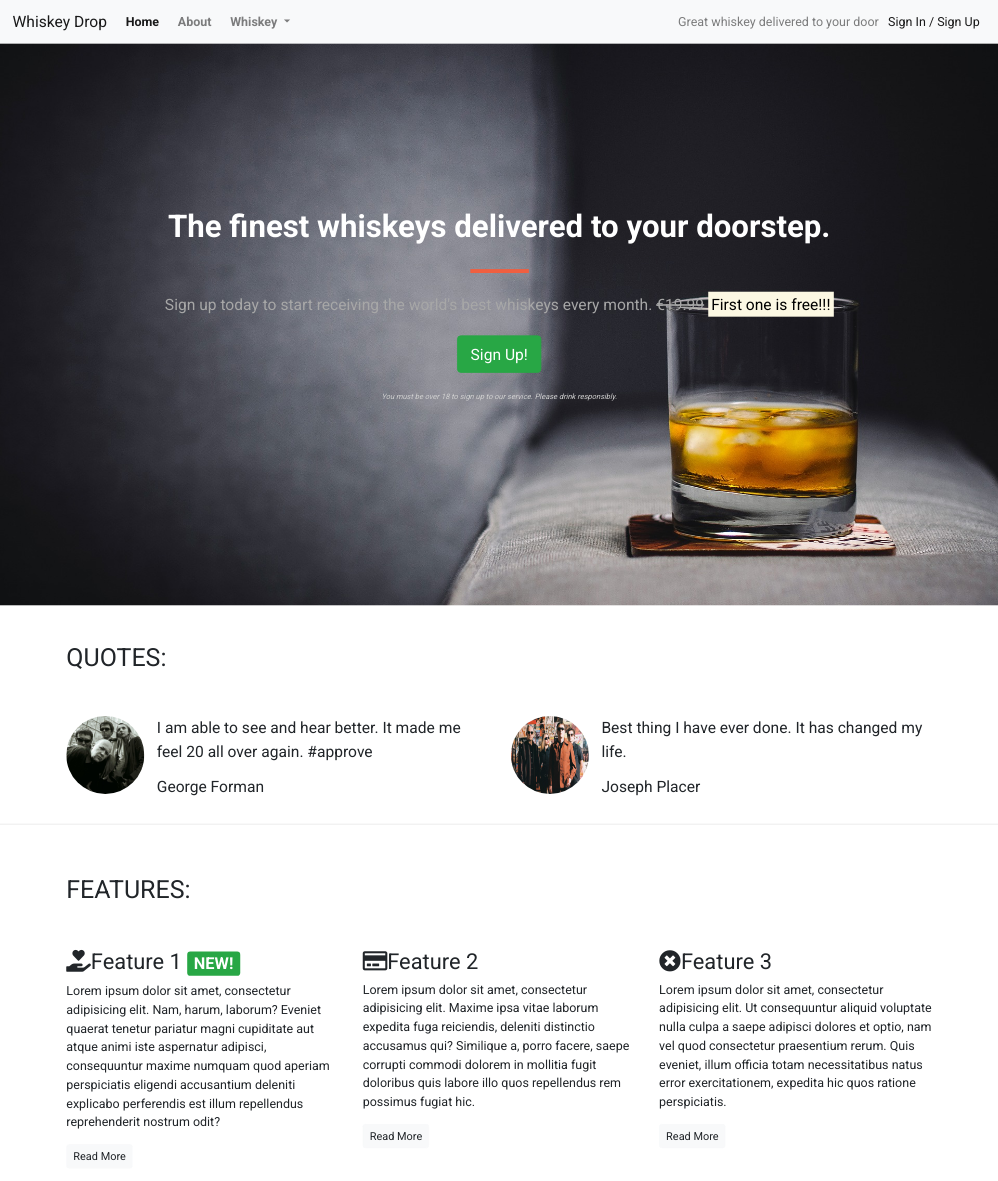
Repository: NamcorStudent/Dropdown-css
Page: bootstrap-whiskey/bootstrap.html
The author's editor kept a record of every edit. The page is drawn from the files as they stood at one moment, then again after the next edit.
The browser window is 1280 px wide. The pictures show the whole page, at 78% of full size.
Backgrounds fixed to the window are drawn as part of the page. Some web libraries are served in a nearby version.

Above is the page before.
Console error: TypeError: Cannot read properties of undefined (reading 'fn')

After the next edit:
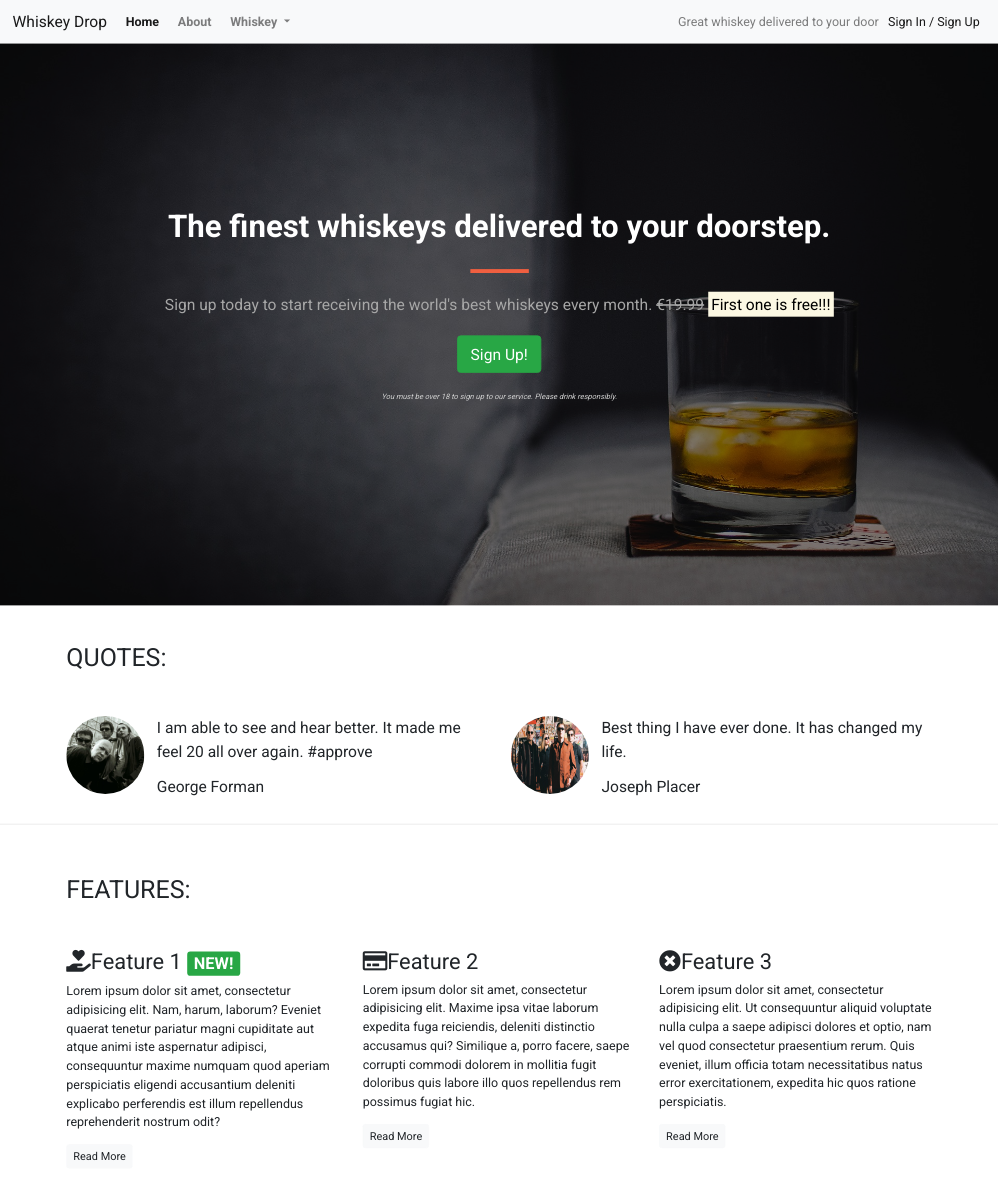
The edit:
--- a/bootstrap-whiskey/bootstrap.html
+++ b/bootstrap-whiskey/bootstrap.html
@@ -55,6 +55,7 @@
     <div class="containter-fluid callout-container">
         <section class="callout jumbotron text-center">
             <div class="row">
+                <div class="opaque-overlay">&nbsp</div>
                 <div class="col-12">
                     <h1 class="jumbotron-header">The finest whiskeys delivered to your doorstep.</h1>
                     <hr class="block-devider block-devider--orange">
